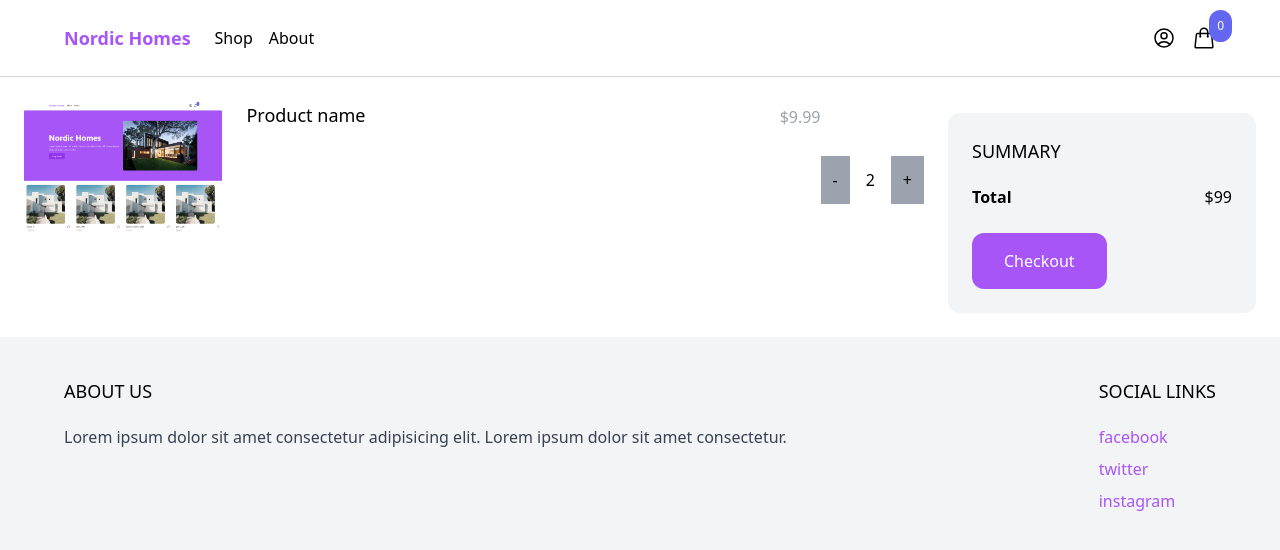
Repository: Calin224/NordicHomes
Page: cart/templates/cart/cart.html
The author's editor kept a copy of each file at every save. The page is drawn from the files as they stood at one save, then again after a run of saves.
The browser window is 1280 px wide. The pictures show the whole page.
Some web libraries are served in a nearby version. The template is drawn by Django 4.2. The application's start-up code is not run. The template is opened directly, without the code that normally fills it, so the values that code supplies are empty.

Above is the page before, as saved 2023-02-16 20:41:06.

After the next 2 saves:
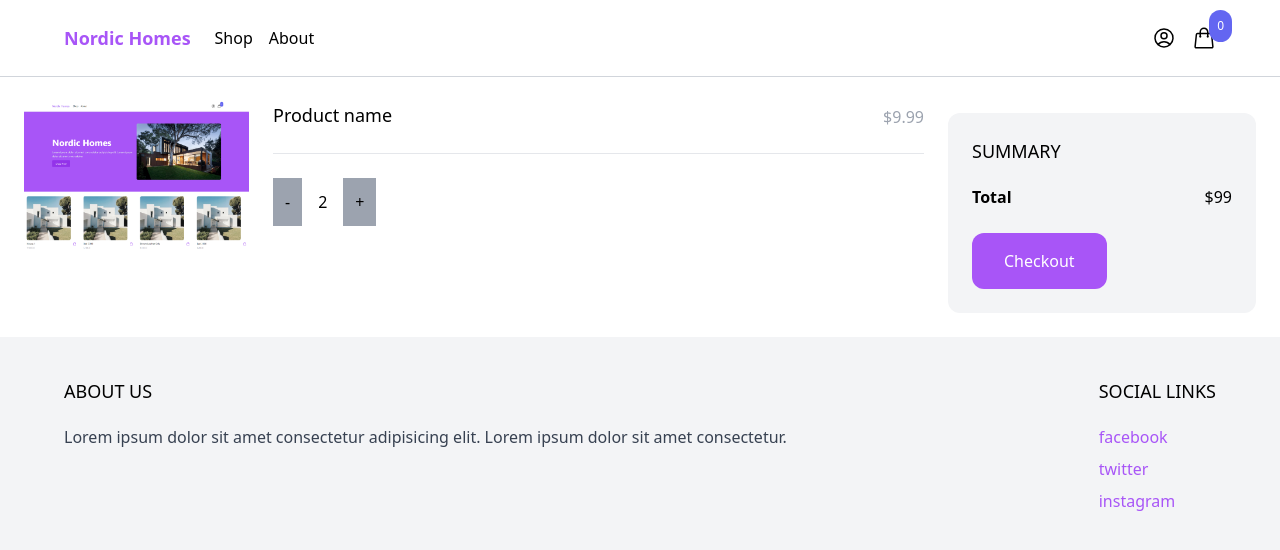
The 2 saves are shown as one change because they came seconds apart.
The last was saved 22 s later.
--- a/cart/templates/cart/cart.html
+++ b/cart/templates/cart/cart.html
@@ -14,14 +14,14 @@
                     <a href="#" class="text-lg">Product name</a>
                     <span class="mb-6 pt-1 text-gray-400">$9.99</span>
                 </div>
-            </div>
 
-            <hr>
+                <hr>
 
-            <div class="quantity mt-6 flex items-center space-x-4">
-                <a href="#" class="p-3 bg-gray-400">-</a>
-                <span>2</span>
-                <a href="#" class="p-3 bg-gray-400">+</a>
+                <div class="quantity mt-6 flex items-center space-x-4">
+                    <a href="#" class="p-3 bg-gray-400">-</a>
+                    <span>2</span>
+                    <a href="#" class="p-3 bg-gray-400">+</a>
+                </div>
             </div>
         </div>
     </div>
